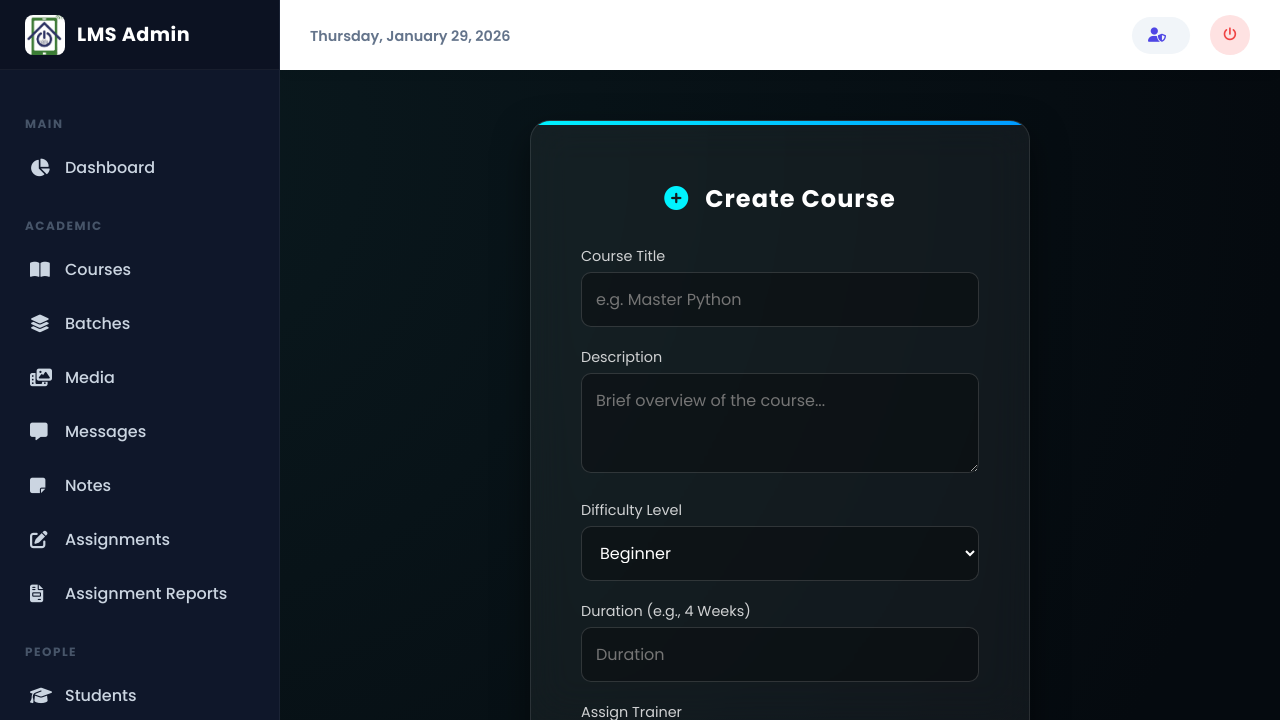
Repository: Mahendher979Python/lms-project
Page: lmsbuild/templates/courses/admin_courses/course_add.html
An editor plug-in stored every save of this project. The page is shown before and after the next save, followed by the edit.
The browser window is 1280 px wide. The pictures show the whole page.
An inner scrolling area shows only its first screen. The template is drawn by Django 5.2. The application's start-up code is not run. Other server files are loaded and not shown. The template is opened directly, without the code that normally fills it, so the values that code supplies are empty.

Above is the page before, as saved 2026-01-29 16:10:21.

### lmsbuild/templates/courses/admin_courses/course_add.html
{% extends "accounts/admin/base.html" %}
{% block content %}

<link href="https://cdnjs.cloudflare.com/ajax/libs/font-awesome/6.4.0/css/all.min.css" rel="stylesheet">
<link href="https://fonts.googleapis.com/css2?family=Poppins:wght@300;400;600;700&display=swap" rel="stylesheet">

<style>
    body { background: radial-gradient(circle at 10% 20%, rgb(10, 25, 30) 0%, rgb(5, 10, 15) 90%); color: white; font-family: 'Poppins', sans-serif; }

    .form-wrapper { display: flex; justify-content: center; align-items: center; min-height: 80vh; padding: 20px; }

    .form-card {
        background: rgba(255, 255, 255, 0.05); backdrop-filter: blur(20px);
        padding: 40px 50px; width: 100%; max-width: 500px;
        border-radius: 20px; border: 1px solid rgba(255, 255, 255, 0.1);
        box-shadow: 0 15px 35px rgba(0,0,0,0.5); position: relative; overflow: hidden;
    }

    /* Cyan Top Border */
    .form-card::before {
        content: ''; position: absolute; top: 0; left: 0; width: 100%; height: 4px;
        background: linear-gradient(90deg, #00f3ff, #0099ff);
    }

    h2 { text-align: center; margin-bottom: 30px; font-weight: 700; letter-spacing: 1px; }

    label { font-size: 0.9rem; margin-bottom: 5px; display: block; opacity: 0.8; }

    input, select, textarea {
        width: 100%; padding: 14px; background: rgba(0, 0, 0, 0.3);
        border: 1px solid rgba(255, 255, 255, 0.15); border-radius: 10px;
        color: white; font-size: 1rem; outline: none; margin-bottom: 20px; transition: 0.3s;
        box-sizing: border-box; font-family: 'Poppins', sans-serif;
    }

    textarea { height: 100px; resize: vertical; }

    input:focus, select:focus, textarea:focus {
        border-color: #00f3ff; box-shadow: 0 0 15px rgba(0, 243, 255, 0.3);
    }

    select option { background: #0f1c24; }

    .btn-primary {
        width: 100%; padding: 14px; border: none; border-radius: 50px;
        background: linear-gradient(135deg, #00f3ff, #0099ff);
        color: #000; font-weight: 700; cursor: pointer; transition: 0.3s; font-size: 1rem;
    }
    .btn-primary:hover { transform: translateY(-2px); box-shadow: 0 0 20px rgba(0, 243, 255, 0.4); }

</style>

<div class="form-wrapper">
    <div class="form-card">
        <h2><i class="fas fa-plus-circle" style="color:#00f3ff; margin-right:10px;"></i> Create Course</h2>

        <form method="post">
            {% csrf_token %}

            <label>Course Title</label>
            <input type="text" name="title" placeholder="e.g. Master Python" required autocomplete="off">

            <label>Description</label>
            <textarea name="description" placeholder="Brief overview of the course..."></textarea>

            <label>Difficulty Level</label>
            <select name="level">
                <option value="beginner">Beginner</option>
                <option value="intermediate">Intermediate</option>
                <option value="advanced">Advanced</option>
            </select>

            <label>Duration (e.g., 4 Weeks)</label>
            <input type="text" name="duration" placeholder="Duration" required>

            <label>Assign Trainer</label>
            <select name="trainer" required>
                <option value="">Select Trainer</option>
                {% for t in trainers %}
                <option value="{{ t.id }}">{{ t.user.username }}</option>
                {% endfor %}
            </select>

            <button type="submit" class="btn-primary">Save Course</button>
        </form>
    </div>
</div>

{% endblock %}

Loaded but not shown: lmsbuild/templates/accounts/admin/base.html (443 lines, source omitted)

After the next save:
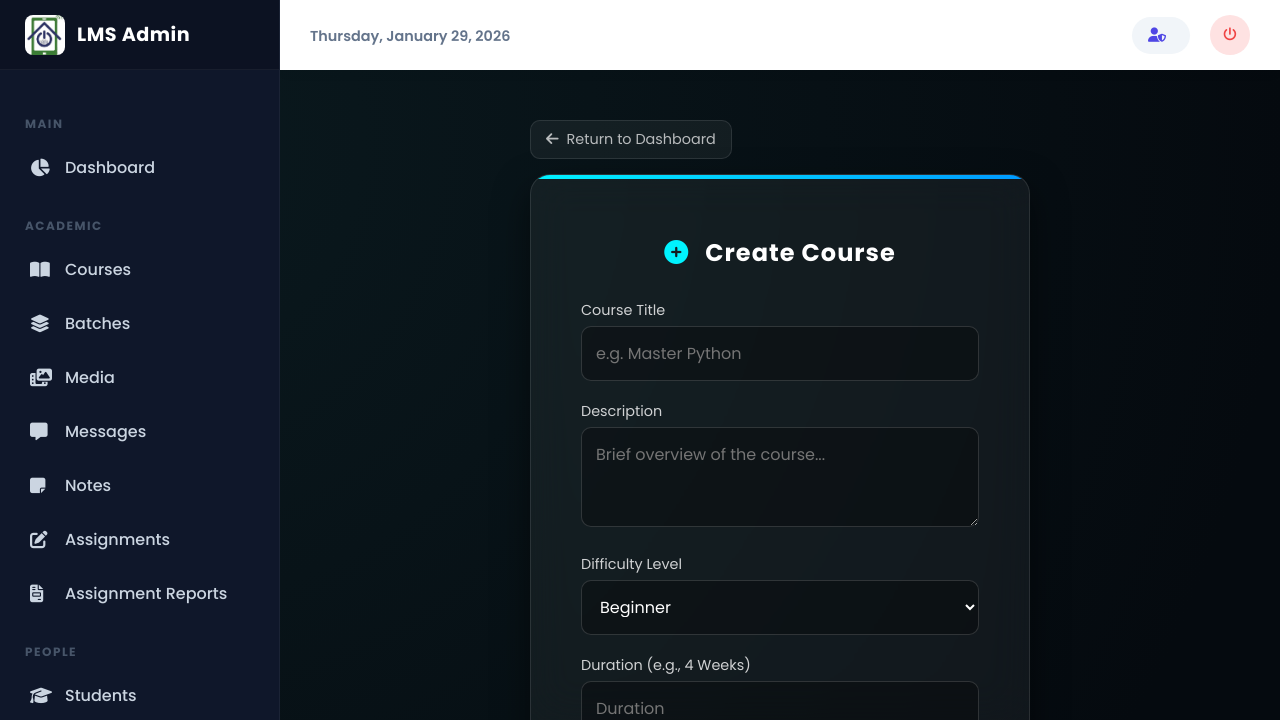
Saved 68 s later.
--- a/lmsbuild/templates/courses/admin_courses/course_add.html
+++ b/lmsbuild/templates/courses/admin_courses/course_add.html
@@ -7,7 +7,7 @@
 <style>
     body { background: radial-gradient(circle at 10% 20%, rgb(10, 25, 30) 0%, rgb(5, 10, 15) 90%); color: white; font-family: 'Poppins', sans-serif; }
 
-    .form-wrapper { display: flex; justify-content: center; align-items: center; min-height: 80vh; padding: 20px; }
+    .form-wrapper { display: flex; flex-direction: column; justify-content: center; align-items: center; min-height: 80vh; padding: 20px; }
 
     .form-card {
         background: rgba(255, 255, 255, 0.05); backdrop-filter: blur(20px);
@@ -20,6 +20,35 @@
     .form-card::before {
         content: ''; position: absolute; top: 0; left: 0; width: 100%; height: 4px;
         background: linear-gradient(90deg, #00f3ff, #0099ff);
+    }
+
+    /* Back Button Style */
+    .back-nav {
+        align-self: flex-start;
+        max-width: 500px;
+        width: 100%;
+        margin: 0 auto 15px auto;
+    }
+
+    .btn-back {
+        display: inline-flex;
+        align-items: center;
+        gap: 8px;
+        color: rgba(255, 255, 255, 0.7);
+        text-decoration: none;
+        font-size: 0.9rem;
+        transition: 0.3s;
+        padding: 8px 15px;
+        border-radius: 10px;
+        background: rgba(255, 255, 255, 0.05);
+        border: 1px solid rgba(255, 255, 255, 0.1);
+    }
+
+    .btn-back:hover {
+        color: #00f3ff;
+        background: rgba(0, 243, 255, 0.1);
+        border-color: #00f3ff;
+        transform: translateX(-5px);
     }
 
     h2 { text-align: center; margin-bottom: 30px; font-weight: 700; letter-spacing: 1px; }
@@ -51,6 +80,12 @@
 </style>
 
 <div class="form-wrapper">
+    <div class="back-nav">
+        <a href="javascript:history.back()" class="btn-back">
+            <i class="fas fa-arrow-left"></i> Return to Dashboard
+        </a>
+    </div>
+
     <div class="form-card">
         <h2><i class="fas fa-plus-circle" style="color:#00f3ff; margin-right:10px;"></i> Create Course</h2>
 

After the save that followed:
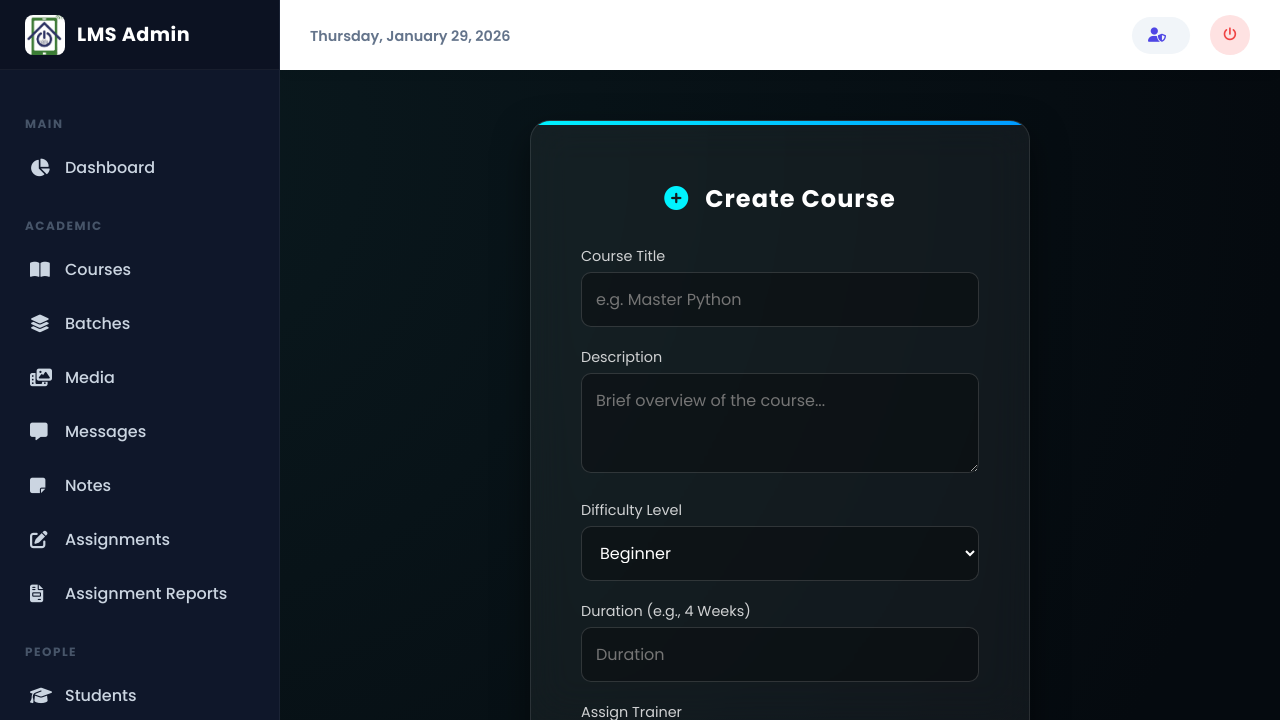
Saved 40 s later.
--- a/lmsbuild/templates/courses/admin_courses/course_add.html
+++ b/lmsbuild/templates/courses/admin_courses/course_add.html
@@ -7,7 +7,7 @@
 <style>
     body { background: radial-gradient(circle at 10% 20%, rgb(10, 25, 30) 0%, rgb(5, 10, 15) 90%); color: white; font-family: 'Poppins', sans-serif; }
 
-    .form-wrapper { display: flex; flex-direction: column; justify-content: center; align-items: center; min-height: 80vh; padding: 20px; }
+    .form-wrapper { display: flex; justify-content: center; align-items: center; min-height: 80vh; padding: 20px; }
 
     .form-card {
         background: rgba(255, 255, 255, 0.05); backdrop-filter: blur(20px);
@@ -20,35 +20,6 @@
     .form-card::before {
         content: ''; position: absolute; top: 0; left: 0; width: 100%; height: 4px;
         background: linear-gradient(90deg, #00f3ff, #0099ff);
-    }
-
-    /* Back Button Style */
-    .back-nav {
-        align-self: flex-start;
-        max-width: 500px;
-        width: 100%;
-        margin: 0 auto 15px auto;
-    }
-
-    .btn-back {
-        display: inline-flex;
-        align-items: center;
-        gap: 8px;
-        color: rgba(255, 255, 255, 0.7);
-        text-decoration: none;
-        font-size: 0.9rem;
-        transition: 0.3s;
-        padding: 8px 15px;
-        border-radius: 10px;
-        background: rgba(255, 255, 255, 0.05);
-        border: 1px solid rgba(255, 255, 255, 0.1);
-    }
-
-    .btn-back:hover {
-        color: #00f3ff;
-        background: rgba(0, 243, 255, 0.1);
-        border-color: #00f3ff;
-        transform: translateX(-5px);
     }
 
     h2 { text-align: center; margin-bottom: 30px; font-weight: 700; letter-spacing: 1px; }
@@ -70,22 +41,39 @@
 
     select option { background: #0f1c24; }
 
+    /* Action Buttons Row */
+    .button-group {
+        display: flex;
+        gap: 15px;
+        margin-top: 10px;
+    }
+
     .btn-primary {
-        width: 100%; padding: 14px; border: none; border-radius: 50px;
+        flex: 2; padding: 14px; border: none; border-radius: 50px;
         background: linear-gradient(135deg, #00f3ff, #0099ff);
         color: #000; font-weight: 700; cursor: pointer; transition: 0.3s; font-size: 1rem;
     }
+
+    .btn-cancel {
+        flex: 1; padding: 14px; border-radius: 50px;
+        background: rgba(255, 255, 255, 0.05);
+        border: 1px solid rgba(255, 255, 255, 0.2);
+        color: white; font-weight: 600; cursor: pointer; transition: 0.3s;
+        text-align: center; text-decoration: none; font-size: 0.9rem;
+        display: flex; align-items: center; justify-content: center;
+    }
+
     .btn-primary:hover { transform: translateY(-2px); box-shadow: 0 0 20px rgba(0, 243, 255, 0.4); }
+
+    .btn-cancel:hover {
+        background: rgba(255, 77, 77, 0.15);
+        border-color: #ff4d4d;
+        color: #ff4d4d;
+    }
 
 </style>
 
 <div class="form-wrapper">
-    <div class="back-nav">
-        <a href="javascript:history.back()" class="btn-back">
-            <i class="fas fa-arrow-left"></i> Return to Dashboard
-        </a>
-    </div>
-
     <div class="form-card">
         <h2><i class="fas fa-plus-circle" style="color:#00f3ff; margin-right:10px;"></i> Create Course</h2>
 
@@ -116,7 +104,10 @@
                 {% endfor %}
             </select>
 
-            <button type="submit" class="btn-primary">Save Course</button>
+            <div class="button-group">
+                <a href="javascript:history.back()" class="btn-cancel">Cancel</a>
+                <button type="submit" class="btn-primary">Save Course</button>
+            </div>
         </form>
     </div>
 </div>
